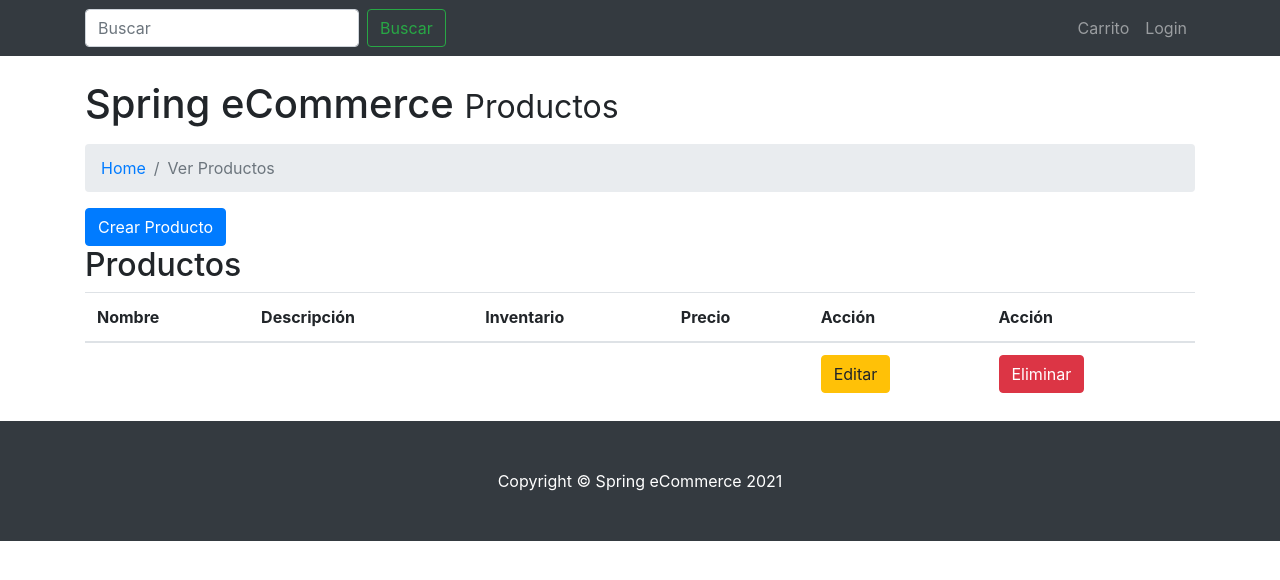
Repository: alexpool1122/Caso_Final_Laboratorio
Page: http://localhost/habitaciones
The author's editor kept a copy of each file at every save. The page is drawn from the files as they stood at one save, then again after the next save.
The browser window is 1280 px wide. The pictures show the whole page.
The page is this project's Thymeleaf template; nobody is signed in. Other server files are loaded and not shown. The template is opened directly, without the code that normally fills it, so the values that code supplies are empty.

Above is the page before, as saved 2023-11-23 09:24:35.

### CasoFinal/src/main/resources/templates/habitaciones.html
<!DOCTYPE html>
<html xmlns="http://www.w3.org/1999/xhtml" xmlns:th="http://www.thymeleaf.org">

<head>
	<meta charset="utf-8">
	<meta name="viewport" content="width=device-width, initial-scale=1, shrink-to-fit=no">
	<meta name="description" content="">
	<meta name="author" content="">
	<title>Habitaciones</title>

	<link th:href="@{vendor/bootstrap/css/bootstrap.min.css}" rel="stylesheet">

	<link th:href="@{css/heroic-features.css}" rel="stylesheet">

</head>

<body>

	<div th:include="templado_header_footer.html::header"></div>

	<!-- Page Content -->
	<div class="container">


		<!-- Page Heading/Breadcrumbs -->
		<h1 class="mt-4 mb-3">
			Spring eCommerce <small>Productos</small>
		</h1>

		<ol class="breadcrumb">
			<li class="breadcrumb-item"><a href="index.html">Home</a></li>
			<li class="breadcrumb-item active">Ver Productos</li>
		</ol>

		<a class="btn btn-primary" href="#"> Crear Producto</a>
		<h2>Productos</h2>
		<table class="table">
			<thead>
				<tr>
					<th scope="col">Nombre</th>
					<th scope="col">Descripción</th>
					<th scope="col">Inventario</th>
					<th scope="col">Precio</th>
					<th scope="col">Acción</th>
					<th scope="col">Acción</th>
				</tr>
			</thead>
			<tbody>
				<tr>
					<td></td>
					<td></td>
					<td></td>
					<td></td>
					<td><a class="btn btn-warning" href="">Editar</a> </td>
					<td><a class="btn btn-danger" href="">Eliminar</a> </td>
				</tr>
			</tbody>
		</table>

	</div>
	<!-- /.container -->

	<div th:include="templado_header_footer.html::footer"></div>


	<script th:src="@{vendor/jquery/jquery.min.js}"></script>
	<script th:src="@{vendor/bootstrap/js/bootstrap.bundle.min.js}"></script>
</body>

</html>

### CasoFinal/src/main/resources/templates/templado_header_footer.html
<!DOCTYPE html>
<html xmlns="http://www.w3.org/1999/xhtml" xmlns:th="http://www.thymeleaf.org">

<head>
	<meta charset="utf-8">
	<meta name="viewport" content="width=device-width, initial-scale=1, shrink-to-fit=no">
	<meta name="description" content="">
	<meta name="author" content="">
	<title>Reservas</title>

	<link th:href="@{vendor/bootstrap/css/bootstrap.min.css}" rel="stylesheet">

	<link th:href="@{css/heroic-features.css}" rel="stylesheet">

</head>

<body>

	<div th:fragment="header">
		<nav class="navbar navbar-expand-lg navbar-dark bg-dark fixed-top">
			<div class="container">
				<form class="form-inline my-2 my-lg-0" method="post" action="#">
					<input class="form-control mr-sm-2" type="search" placeholder="Buscar" aria-label="Search"
						name="nombre" autocomplete="off">
					<button class="btn btn-outline-success my-2 my-sm-0" type="submit">Buscar</button>
				</form>


				<button class="navbar-toggler" type="button" data-toggle="collapse" data-target="#navbarResponsive"
					aria-controls="navbarResponsive" aria-expanded="false" aria-label="Toggle navigation">
					<span class="navbar-toggler-icon"></span>
				</button>
				<div class="collapse navbar-collapse" id="navbarResponsive">
					<ul class="navbar-nav ml-auto">
						<li class="nav-item"><a class="nav-link" href="carrito.html">Carrito</a></li>
						<li class="nav-item"><a class="nav-link" href="login.html">Login</a></li>
					</ul>
				</div>
			</div>
		</nav>
	</div>

	<div th:fragment="footer">
		<footer class="py-5 bg-dark">
			<div class="container">
				<p class="m-0 text-center text-white">Copyright &copy; Spring eCommerce 2021</p>
			</div>

		</footer>
	</div>
	<script th:src="@{vendor/jquery/jquery.min.js}"></script>
	<script th:src="@{vendor/bootstrap/js/bootstrap.bundle.min.js}"></script>

</body>

</html>

Loaded but not shown: CasoFinal/src/main/resources/static/css/heroic-features.css (common file)

After the next save:
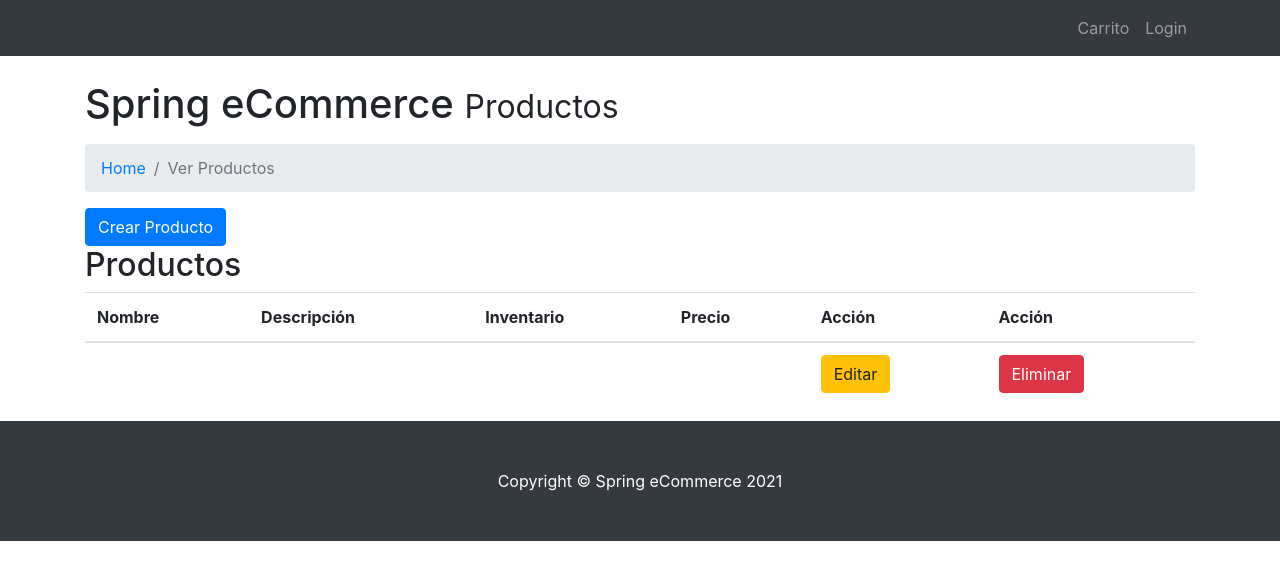
Saved 21 s later.
--- a/CasoFinal/src/main/resources/templates/templado_header_footer.html
+++ b/CasoFinal/src/main/resources/templates/templado_header_footer.html
@@ -19,13 +19,6 @@
 	<div th:fragment="header">
 		<nav class="navbar navbar-expand-lg navbar-dark bg-dark fixed-top">
 			<div class="container">
-				<form class="form-inline my-2 my-lg-0" method="post" action="#">
-					<input class="form-control mr-sm-2" type="search" placeholder="Buscar" aria-label="Search"
-						name="nombre" autocomplete="off">
-					<button class="btn btn-outline-success my-2 my-sm-0" type="submit">Buscar</button>
-				</form>
-
-
 				<button class="navbar-toggler" type="button" data-toggle="collapse" data-target="#navbarResponsive"
 					aria-controls="navbarResponsive" aria-expanded="false" aria-label="Toggle navigation">
 					<span class="navbar-toggler-icon"></span>
